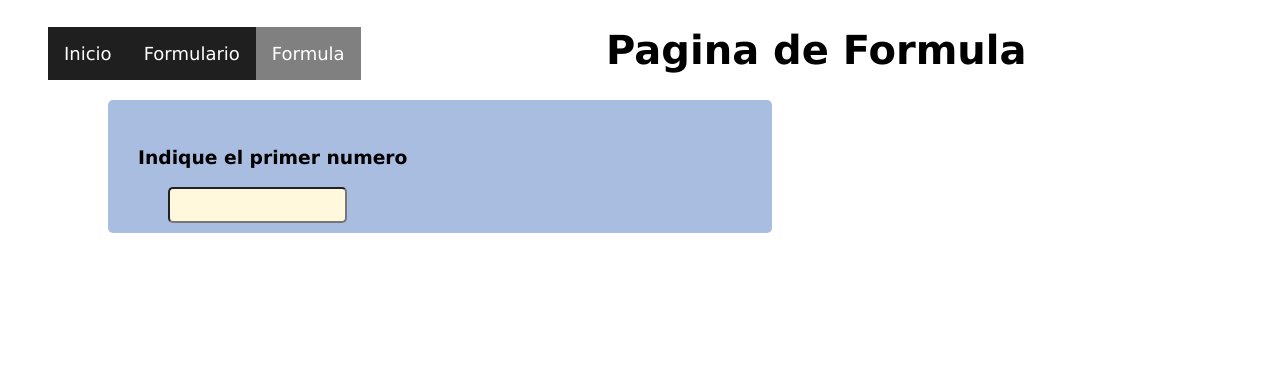
Repository: misterySnow94/tutoriales
Page: pagina basica/formula.html
An editor plug-in stored every save of this project. The page is shown before and after the next save, followed by the edit.
The browser window is 1280 px wide. The pictures show the whole page.

Above is the page before, as saved 2019-11-04 00:33:13.

After the next save:
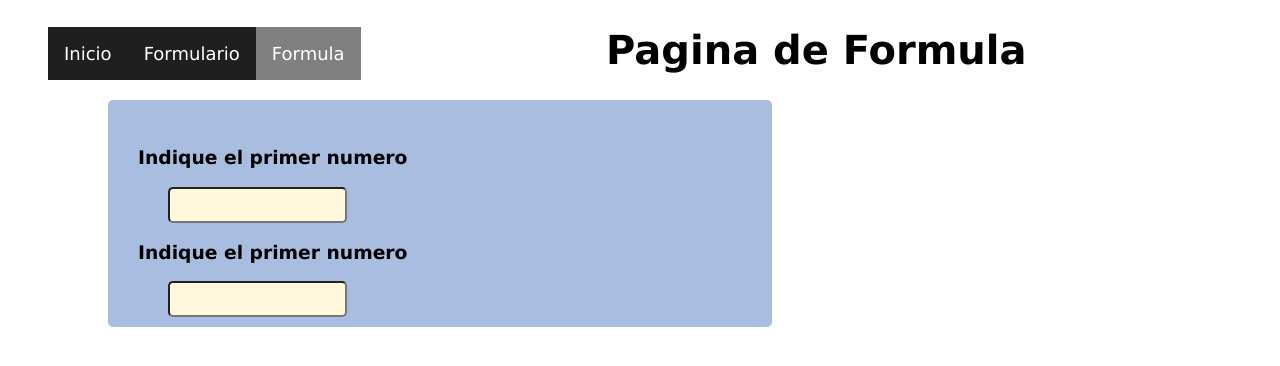
Saved 14 s later.
--- a/pagina basica/formula.html
+++ b/pagina basica/formula.html
@@ -24,7 +24,10 @@
                 <h3>Indique el primer numero</h3>
                 <input type="number" name="numero_1">
             </label>
-
+            <label for="numero_2">
+                <h3>Indique el primer numero</h3>
+                <input type="number" name="numero_1">
+            </label>
         </form>
     </div>
 </body>
